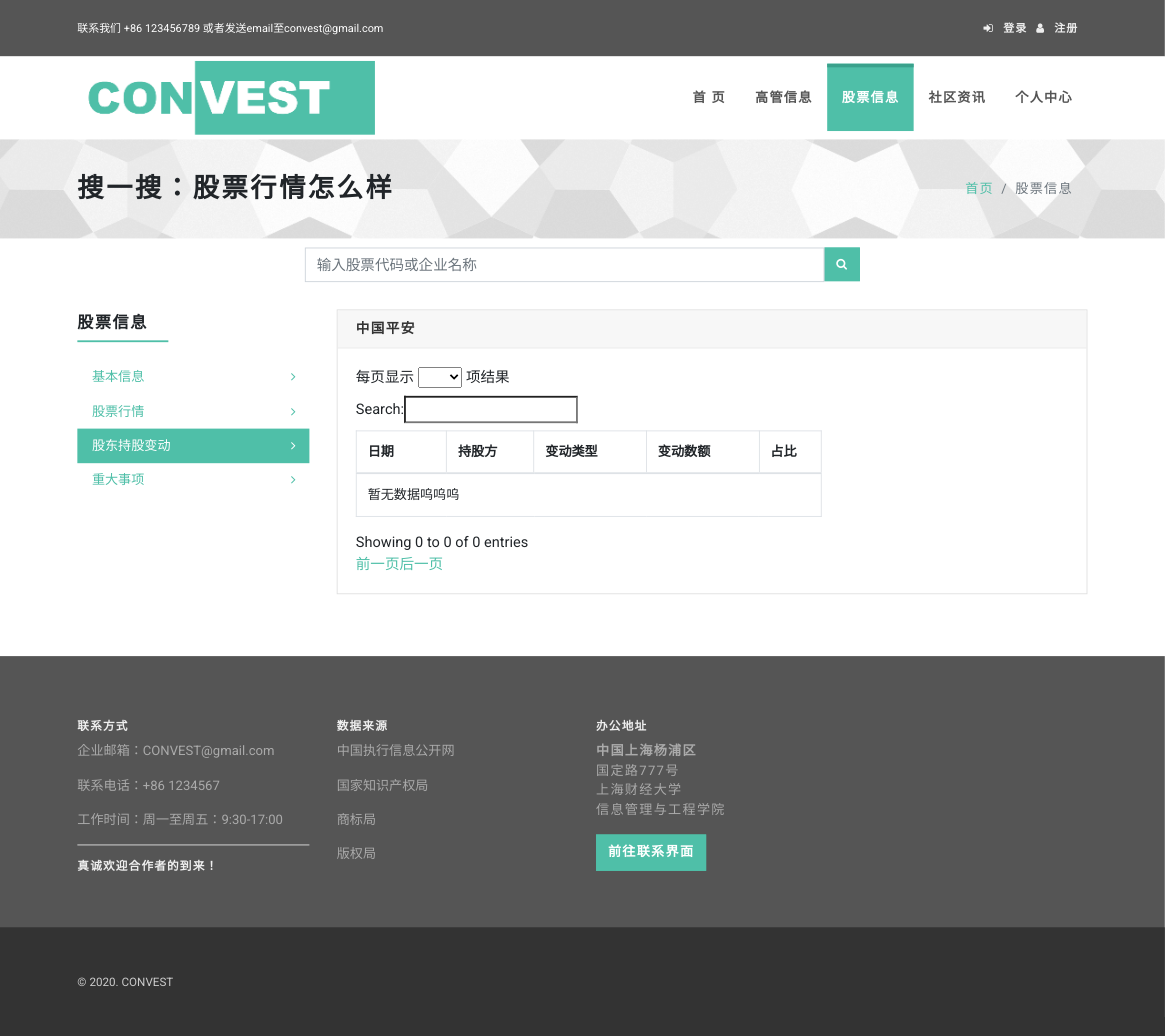
Repository: SUFELYZ/CONVEST
Page: http://localhost/CONVEST/template-content-boxes.jsp
An editor plug-in stored every save of this project. The page is shown before and after the next save, followed by the edit.
The browser window is 1280 px wide. The pictures show the whole page, at 91% of full size.
The page is served by Tomcat 9.

Above is the page before, as saved 2021-01-05 18:34:06.

After the next save:
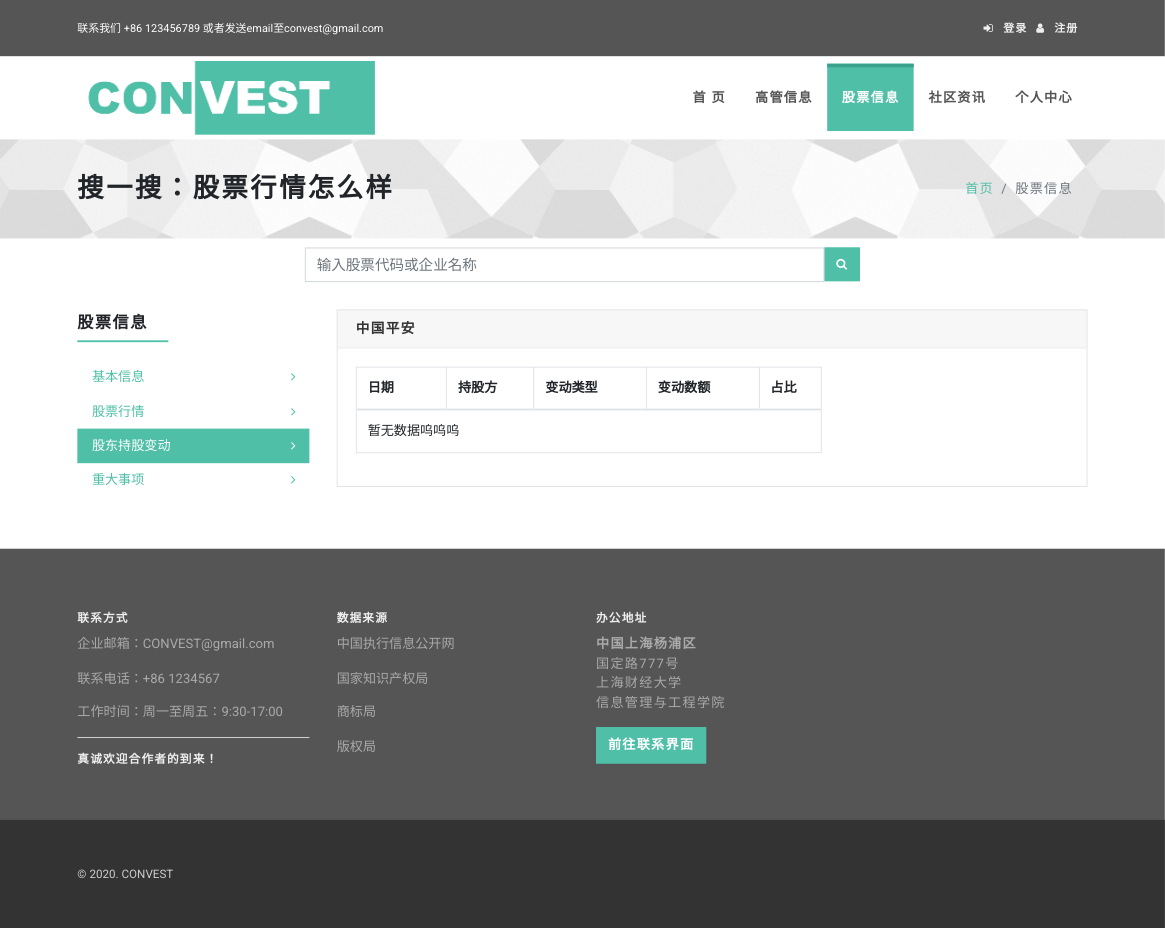
Saved 63 s later.
--- a/CONVEST 1.0/CONVEST/WebContent/template-content-boxes.jsp
+++ b/CONVEST 1.0/CONVEST/WebContent/template-content-boxes.jsp
@@ -317,12 +317,12 @@
 
  });
 	jQuery('#stock_info').dataTable({
-	     "bLengthChange": true, //开关，是否显示每页显示多少条数据的下拉框
+	     "bLengthChange": false, //开关，是否显示每页显示多少条数据的下拉框
 	     'iDisplayLength': 2, //每页初始显示5条记录
-	     'bFilter': true,  //是否使用内置的过滤功能（是否去掉搜索框）
-	     "bInfo": true, //开关，是否显示表格的一些信息(当前显示XX-XX条数据，共XX条)
-	     "bPaginate": true, //开关，是否显示分页器
-	     "bSort": true, //是否可排序
+	     'bFilter': false,  //是否使用内置的过滤功能（是否去掉搜索框）
+	     "bInfo": false, //开关，是否显示表格的一些信息(当前显示XX-XX条数据，共XX条)
+	     "bPaginate": false, //开关，是否显示分页器
+	     "bSort": false, //是否可排序
 
 	     "oLanguage": {  //语言转换
 	       "sInfo": "显示第 _START_ 至 _END_ 项结果，共_TOTAL_ 项",
